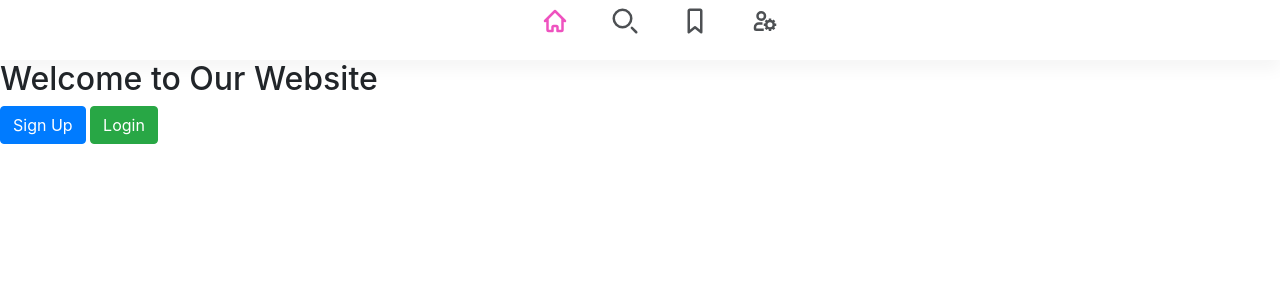
Repository: khoilvgcc210040/nextgenedu
Page: http://localhost/
An editor plug-in stored every save of this project. The page is shown before and after the next save, followed by the edit.
The browser window is 1280 px wide. The pictures show the whole page.
The page is served by the project's application, run on Django 5.2 (manage.py).

Above is the page before, as saved 2024-08-10 18:16:53.

After the next save:
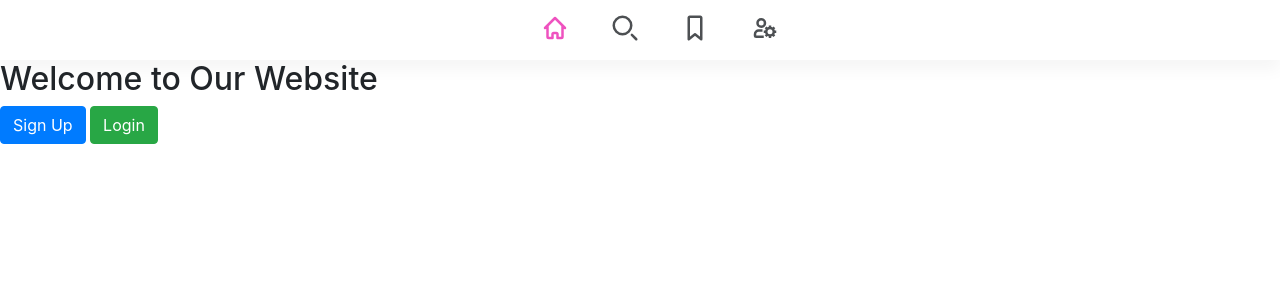
Saved 56 s later.
--- a/templates/home.html
+++ b/templates/home.html
@@ -24,7 +24,7 @@
     background-color: transparent;
     display: flex;
     justify-content: space-between;
-    margin-top: 5px;
+    margin-top: 20px;
     }
 
     .ul .li {
